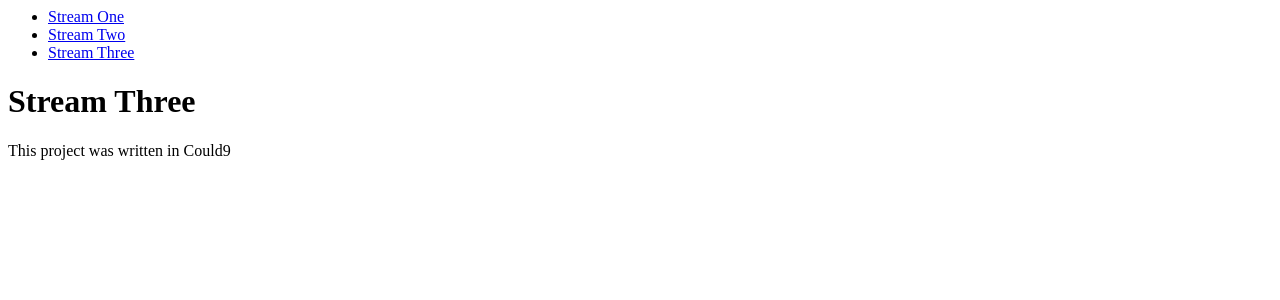
Repository: tenerim/my-first-website
Page: stream-three.html
The author's editor kept a record of every edit. The page is drawn from the files as they stood at one moment, then again after the next edit.
The browser window is 1280 px wide. The pictures show the whole page.

Above is the page before.

### stream-three.html
<html>
    <head>
        <title>Hello World</title>
    </head>
    <body>
        <nav>
            <ul>
                <li><a href="stream-one.html">Stream One</a></li>
                <li><a href="stream-two.html">Stream Two</a></li>
                <li><a href="stream-three.html">Stream Three</a></li>
            </ul>
        </nav>
        <h1>Stream Three</h1>
        <p>This project was written in Could9</p>
    </body>
</html>

### css/style.css
body {
    margin: 0;
    padding: 0;
    font-family: 'oswald', sans-serif;
}

nav ul {
    list-style: none;
    background-color: #4a4a4f;
    text-align: center;
    padding: 0;
}

nav li {
    font-size: 1.2em;
    line-height: 40px
    height: 40px;
    display: inline-block;
    margin-left: 2.5%;
}

After the next edit:
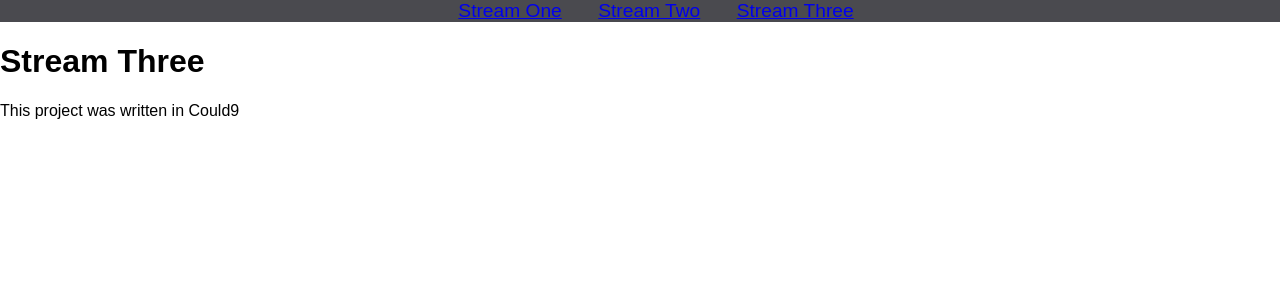
The edit:
--- a/stream-three.html
+++ b/stream-three.html
@@ -1,6 +1,7 @@
 <html>
     <head>
         <title>Hello World</title>
+                <link rel="stylesheet" href="css/style.css" type="text/css" />
     </head>
     <body>
         <nav>
